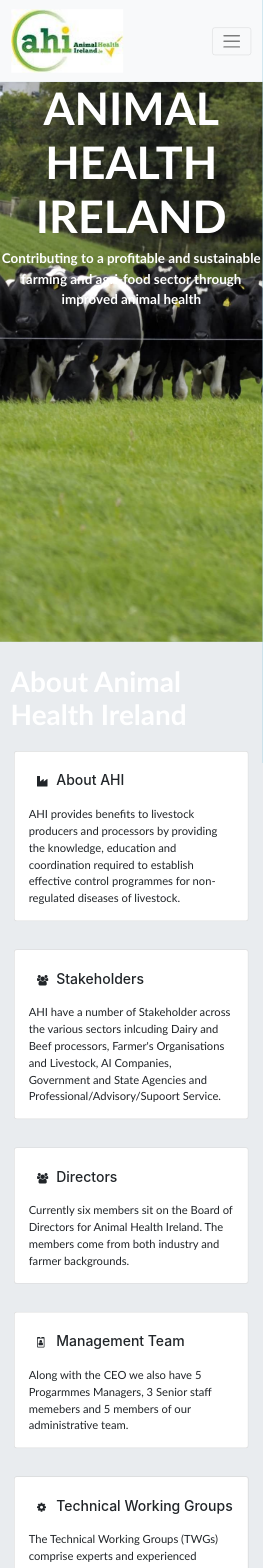
Repository: lisaannbyrne1/MilestoneProject1
Page: index.html
The author's editor kept a record of every edit. The page is drawn from the files as they stood at one moment, then again after the next edit.
The browser window is 375 px wide. The pictures show the part of the page from y = 0 to 2240 px (the page is 7892 px tall), at 70% of full size.
Backgrounds fixed to the window are drawn as part of the page.

Above is the page before.

After the next edit:
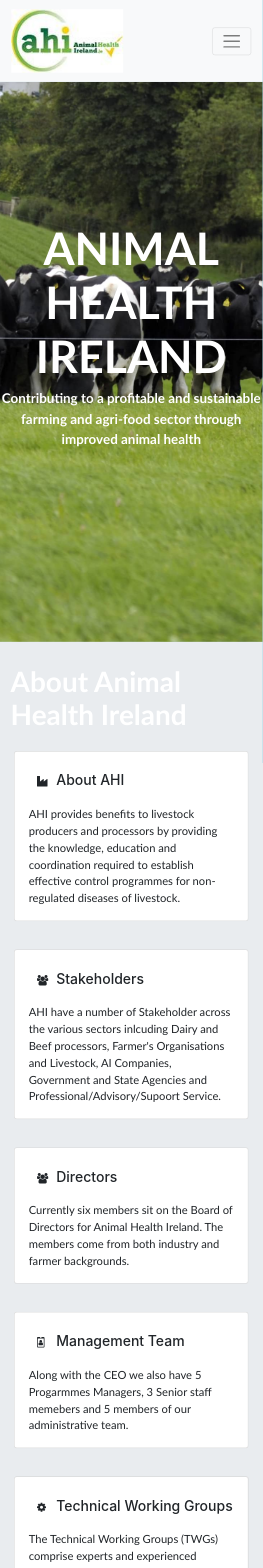
The edit:
--- a/assets/css/style.css
+++ b/assets/css/style.css
@@ -7,7 +7,8 @@
     text-align: left;
 }
 
-p, h3 {
+p,
+h3 {
     font-family: Calibri, Helvetica, sans-serif;
     color: rgba(0 0 0 .5);
 }
@@ -24,17 +25,16 @@
     font-family: Calibri, Helvetica, sans-serif;
     font-size: 4rem;
     font-weight: 900;
-  align-items: center;
-
-
+    align-items: center;
+    padding-top: 200px;
 }
 
 .subtext {
     color: #fff;
     font-family: Calibri, Helvetica, sans-serif;
     font-size: 1.2rem;
-     font-weight: 900;
-  align-items: center;
+    font-weight: 900;
+    align-items: center;
 
 }
 
@@ -84,7 +84,7 @@
 
 #about {
     background-attachment: fixed;
-  /*  background-image: url("../../assets/images/about.JPG"); */
+    /*  background-image: url("../../assets/images/about.JPG"); */
     background-position: bottom;
     background-size: cover;
     margin-bottom: 0px;
@@ -93,7 +93,7 @@
 
 #programmes {
     background-attachment: fixed;
-   /*  background-image: url("../../assets/images/programmes.jpg"); */
+    /*  background-image: url("../../assets/images/programmes.jpg"); */
     background-position: bottom;
     background-size: cover;
     margin-bottom: 0px;
@@ -102,7 +102,7 @@
 
 #news {
     background-attachment: fixed;
-   /*  background-image: url("../../assets//images/news.JPG"); */
+    /*  background-image: url("../../assets//images/news.JPG"); */
     background-position: bottom;
     background-size: cover;
     margin-bottom: 0px;
@@ -111,7 +111,7 @@
 
 #training {
     background-attachment: fixed;
-  /*  background-image: url("../../assets/images/train.jpg"); */
+    /*  background-image: url("../../assets/images/train.jpg"); */
     background-position: bottom;
     background-size: cover;
     margin-bottom: 0px;
@@ -170,7 +170,7 @@
     margin-bottom: 20px;
     margin-left: 50px;
 
-    }
+}
 
 
 a {
@@ -193,7 +193,7 @@
 }
 
 a.button {
-text-decoration: none;
+    text-decoration: none;
 }
 
 /*--Footer Socials--*/
@@ -237,7 +237,7 @@
 /*--Media Queries--*/
 
 @media only screen and (max-width: 600px) {
-  body {
-    background-color: lightblue;
-  }
-}
+    body {
+        background-color: lightblue;
+    }
+}
